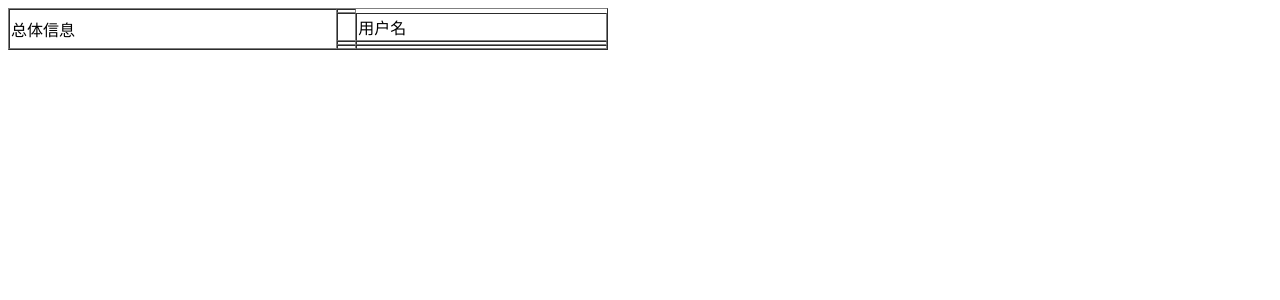
Repository: fixbb/workspace
Page: 008表单/index.html
An editor plug-in stored every save of this project. The page is shown before and after the next save, followed by the edit.
The browser window is 1280 px wide. The pictures show the whole page.

Above is the page before, as saved 2021-08-24 10:31:08.

After the next save:
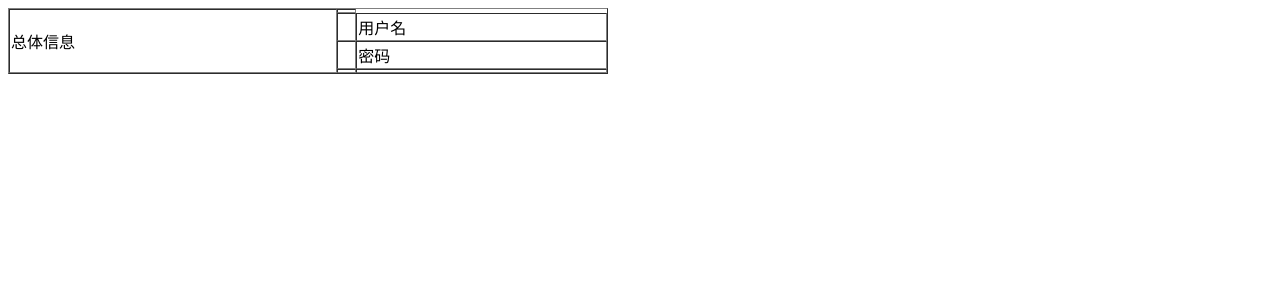
Saved 22 s later.
--- a/008表单/index.html
+++ b/008表单/index.html
@@ -22,7 +22,7 @@
             <tr>
 
                 <td></td>
-                <td></td>
+                <td>密码</td>
             </tr><tr>
 
                 <td></td>
